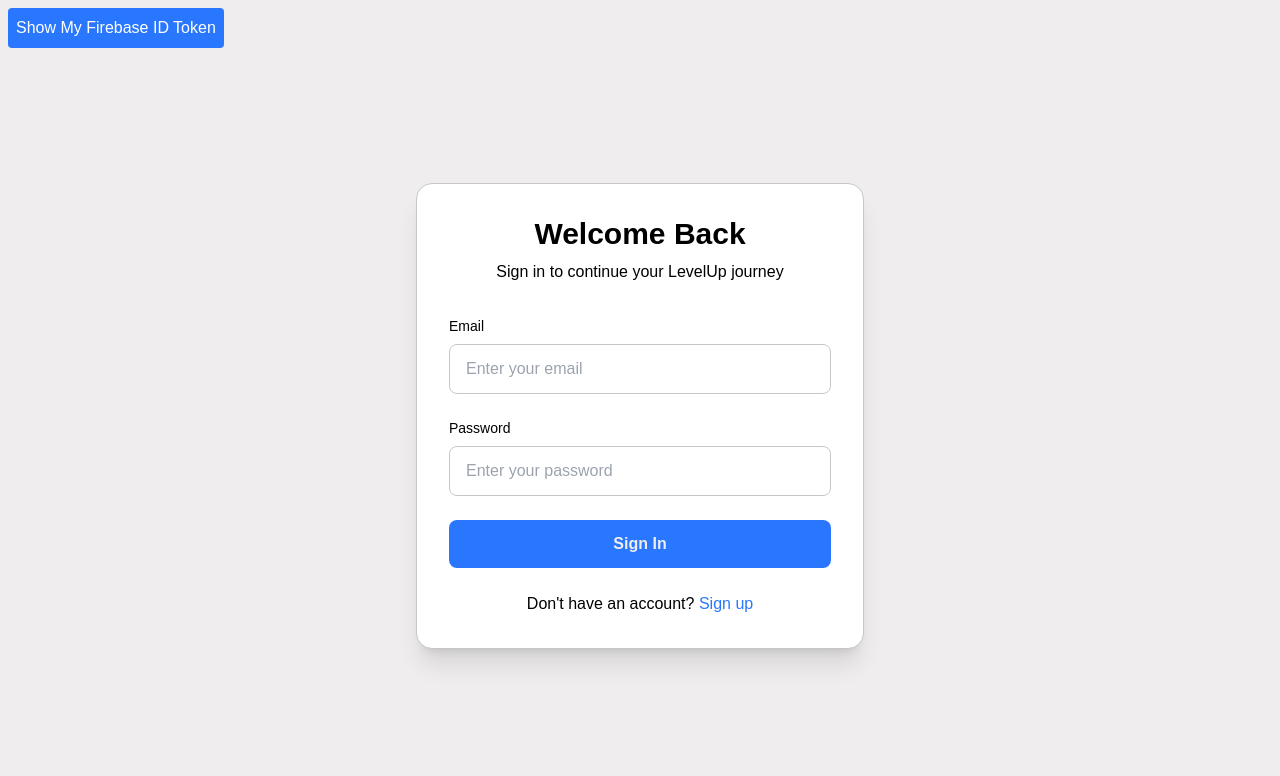
Repository: Mrguru2024/hackjam-team-04
Page: /auth/login (app in frontend/)
An editor plug-in stored every save of this project. The page is shown before and after the next save, followed by the edit.
The browser window is 1280 px wide. The pictures show the whole page.
The project was rebuilt for these pictures with package versions that can differ from the ones it lists, and the page was loaded fresh each time. The framework's server and built-in components were replaced by stand-ins that run in the browser. Also part of the build but not shown: frontend/next.config.ts, frontend/context/UserContext.tsx, frontend/components/NavBar/index.tsx.

Above is the page before, as saved 2025-07-14 00:12:14.

After the next save:
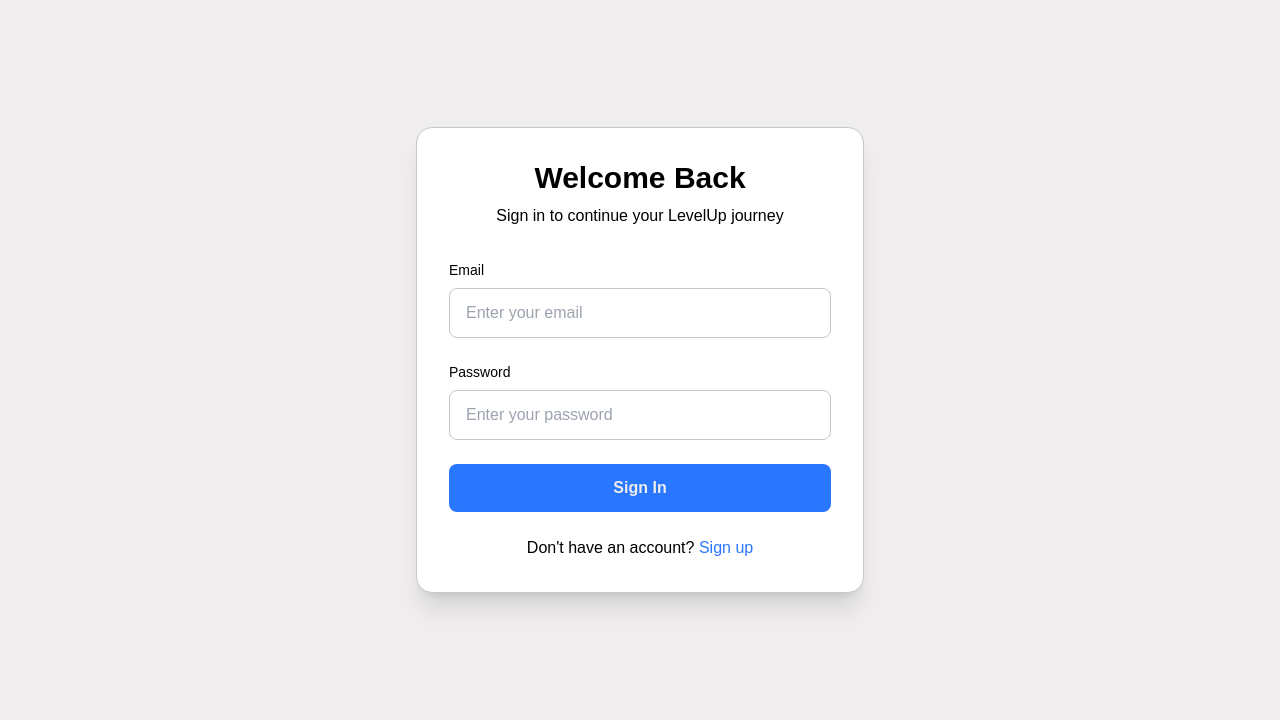
Saved 57 s later.
--- a/frontend/app/auth/login/page.tsx
+++ b/frontend/app/auth/login/page.tsx
@@ -7,32 +7,6 @@ import Link from "next/link";
 import { useRouter } from "next/navigation";
 import { getAuth } from "firebase/auth";
 import React from "react";
-
-function ShowTokenButton() {
-  return (
-    <button
-      style={{
-        padding: 8,
-        background: "#2977FF",
-        color: "#fff",
-        borderRadius: 4,
-        margin: 8,
-      }}
-      onClick={async () => {
-        const user = getAuth().currentUser;
-        if (!user) {
-          alert("Not logged in!");
-          return;
-        }
-        const token = await user.getIdToken();
-        console.log("FIREBASE ID TOKEN:", token);
-        alert(token);
-      }}
-    >
-      Show My Firebase ID Token
-    </button>
-  );
-}
 
 export default function Login() {
   const [email, setEmail] = useState("");
@@ -59,7 +33,6 @@ export default function Login() {
 
   return (
     <>
-      <ShowTokenButton />
       <div className="min-h-screen flex items-center justify-center bg-surface-subtle dark:bg-surface-default p-4">
         <div className="w-full max-w-md">
           <div className="bg-white dark:bg-surface-default rounded-2xl shadow-xl p-8 border border-border-default">
